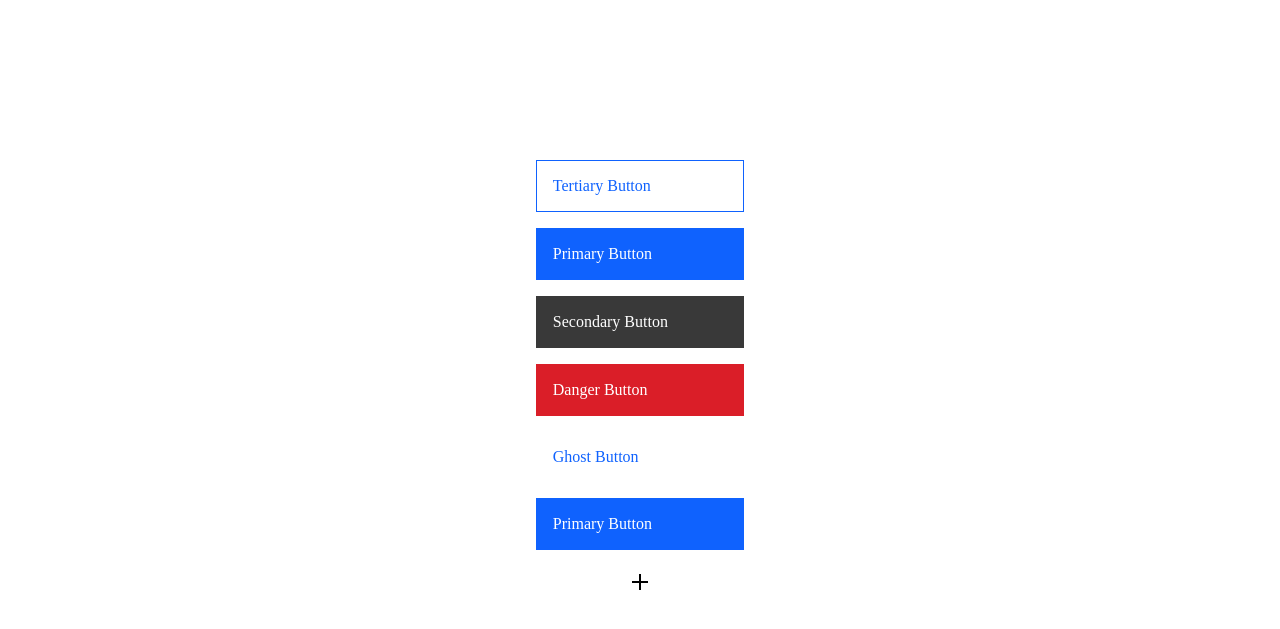
Repository: prav10194/ibm-carbon-components-vanilla
Page: buttons/index.html
These files come from the project's save history. The page is drawn as it stood at one moment and after the next save; the edit follows.
The browser window is 1280 px wide. The pictures show the whole page.
Some web fonts or font styles are not loaded; a fallback is used.

Above is the page before, as saved 2020-11-12 20:02:02.

After the next save:
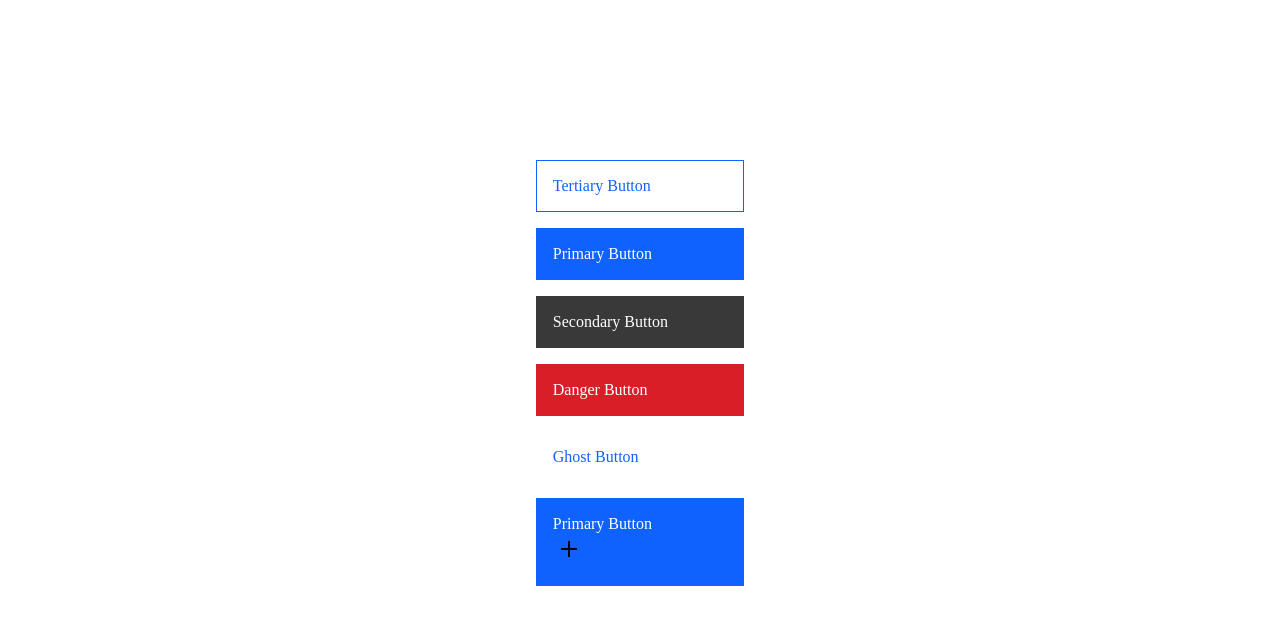
Saved 14 s later.
--- a/buttons/index.html
+++ b/buttons/index.html
@@ -21,7 +21,7 @@
         <div class="secondary-button">Secondary Button</div>
         <div class="danger-button">Danger Button</div>
         <div class="ghost-button">Ghost Button</div>
-        <div class="primary-button">Primary Button</div><img src="./assets/add.svg" alt="Plus button">
+        <div class="primary-button">Primary Button<img src="./assets/add.svg" alt="Plus button"></div>
     </div>
 </body>
 </html>
